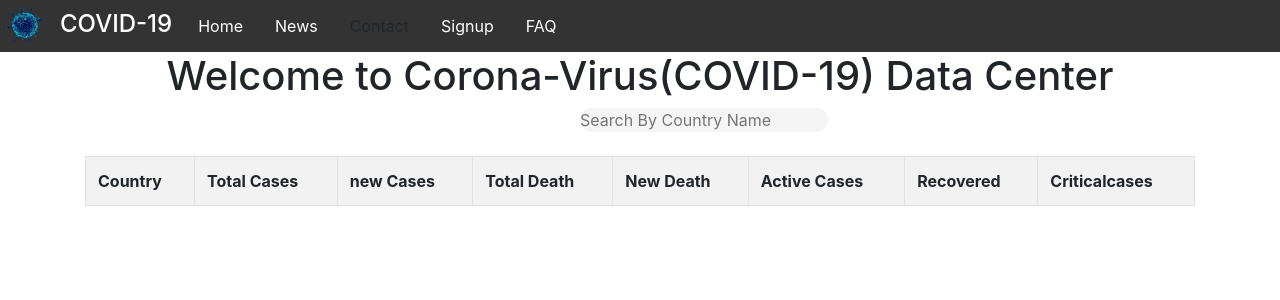
Repository: xthashankar/COVID-19-data-
Page: index.html
These files come from the project's save history. The page is drawn as it stood at one moment and after the next save; the edit follows.
The browser window is 1280 px wide. The pictures show the whole page.
The page's requests for data from a server got no answer.

Above is the page before, as saved 2020-04-15 18:57:12.

After the next save:
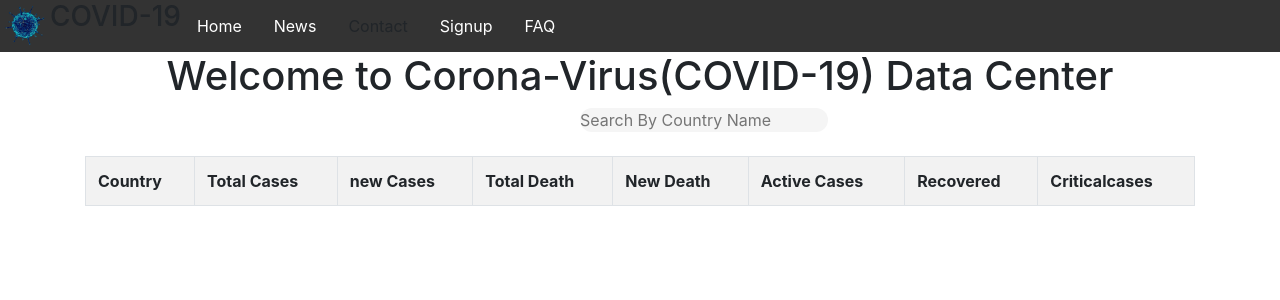
Saved 21 s later.
--- a/index.html
+++ b/index.html
@@ -13,7 +13,7 @@
 <body>
         <ul class="nav">
             <img src="image/coronavirus.png">
-             <H4>COVID-19</H4>
+             <H3>COVID-19</H3>
             <li><a  href="#">Home</a></li>
             <li><a href="#">News</a></li>
             <li><a ref="#">Contact</a></li>
